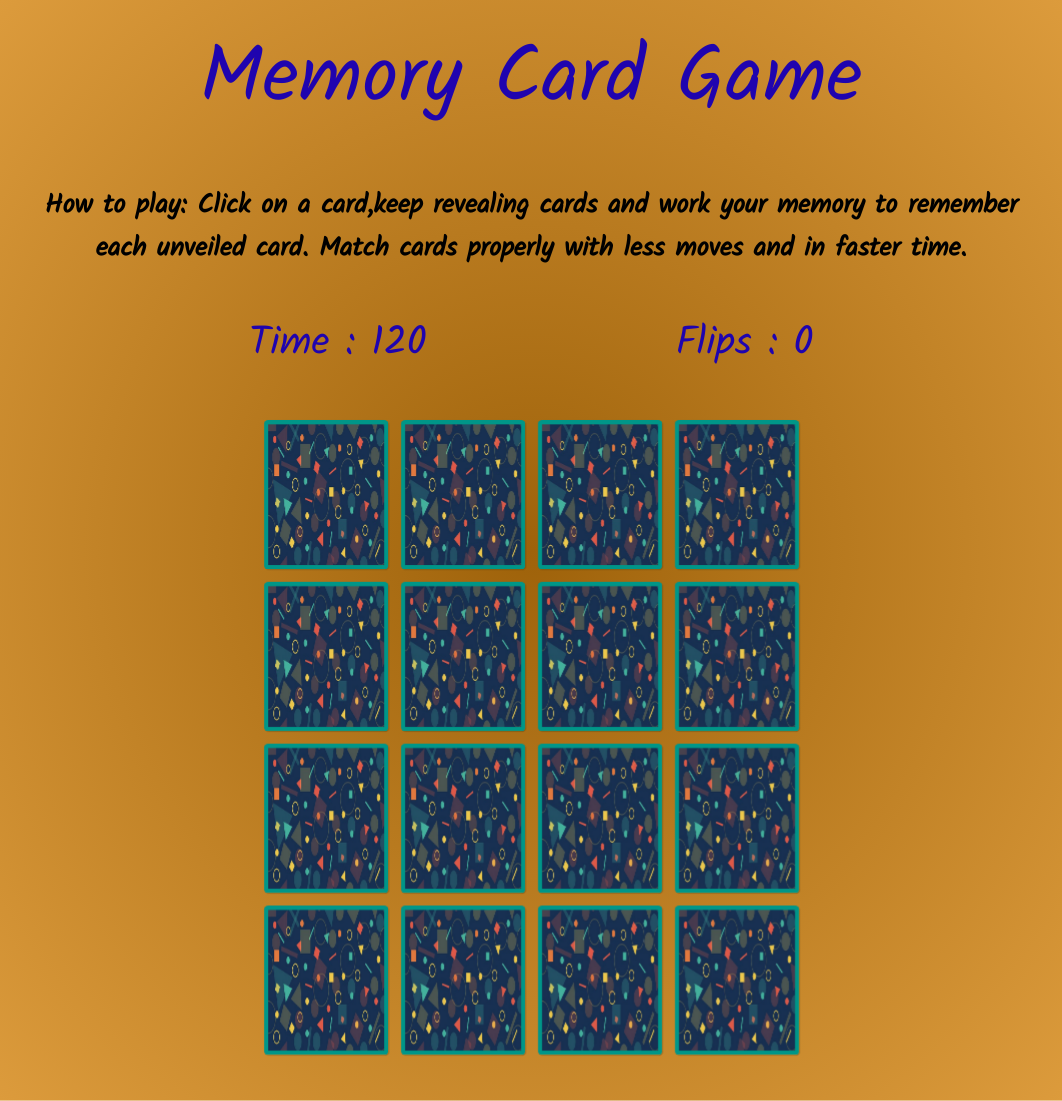
Repository: claudiadanaila1/Project-2--Interactive-FrontEnd---Memory-game
Page: index.html
The author's editor kept a record of every edit. The page is drawn from the files as they stood at one moment, then again after the next edit.
The browser window is 1280 px wide. The pictures show the whole page, at 83% of full size.

Above is the page before.

After the next edit:
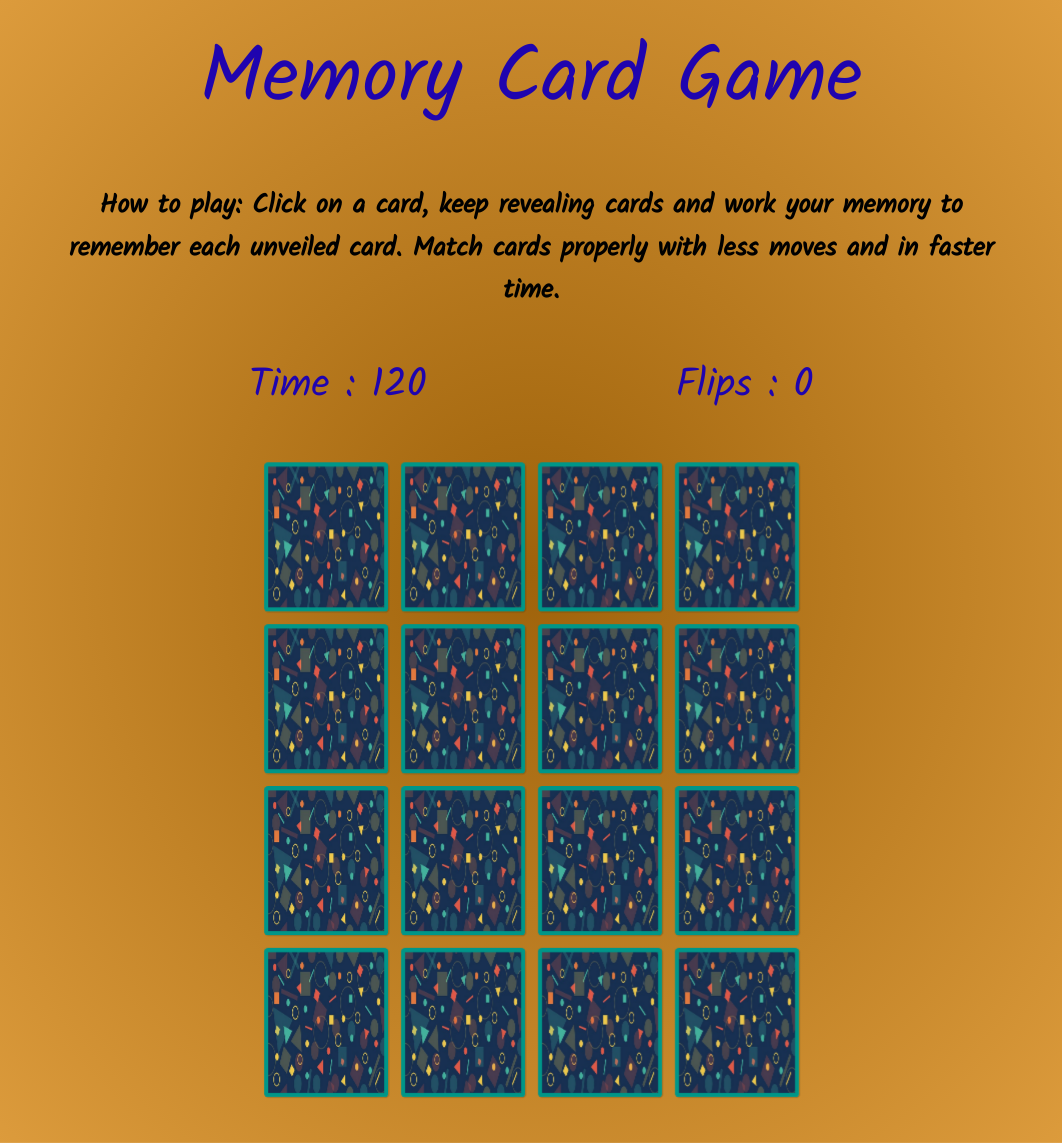
The edit:
--- a/index.html
+++ b/index.html
@@ -10,7 +10,7 @@
 </head>
 <body>
     <h1 class="title">Memory Card Game</h1>
-    <h4 class="sub-title">How to play: Click on a card,keep revealing cards and work your memory to remember each unveiled card.
+    <h4 class="sub-title">How to play: Click on a card, keep revealing cards and work your memory to remember each unveiled card.
 Match cards properly with less moves and in faster time. </h4>
 
     <div class="text-game  ">Click to Start</div>
